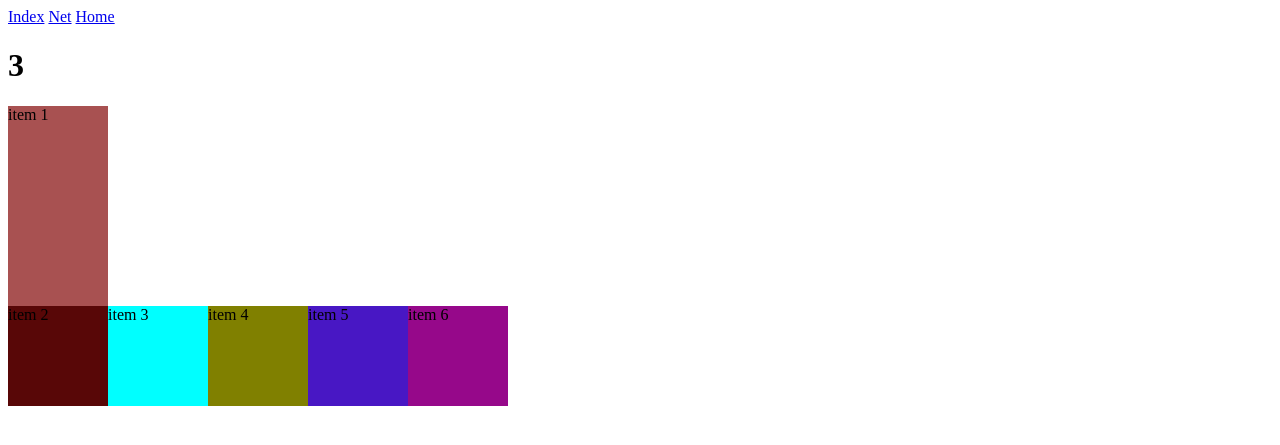
Repository: Nguyen-Toan-2004/du-an-test
Page: product.htm
An editor plug-in stored every save of this project. The page is shown before and after the next save, followed by the edit.
The browser window is 1280 px wide. The pictures show the whole page.

Above is the page before, as saved 2025-10-22 19:52:12.

### product.htm
<!DOCTYPE html>
<html lang="en">
  <head>
    <meta charset="UTF-8" />
    <meta name="viewport" content="width=device-width, initial-scale=1.0" />
    <title>Product</title>
  </head>
  <body>
    <a href="index.html">Index</a>
    <a href="net.htm">Net</a>
    <a href="home.html">Home</a>
    <h1>3</h1>
    <style>
      .container {
        display: grid;
        grid-template-columns: repeat(5, 100px);
        grid-template-rows: repeat(3, 100px);
      }
      .box {
        background: #b46464;
        display: flex;
        justify-content: center;
        align-items: center;
      }
      .box1{
        background: #a85151;
        grid-row-start: 1;
        grid-row-end: 3;
      }
      .box2{
        background: #580707;
        grid-column-start:1 ;
        grid-column-end: 2;

      }
      .box3{
        background: aqua;
      }
      .box4{
        background: olive;
      }
      .box5{
        background: #4817c4;
      }
      .box6{
        background: #96088a;
      }
    </style>
    <div class="container">
      <div class="box1">item 1</div>
      <div class="box2">item 2</div>
      <div class="box3">item 3</div>
      <div class="box4">item 4</div>
      <div class="box5">item 5</div>
      <div class="box6">item 6</div>
    </div>
  </body>
</html>

After the next save:
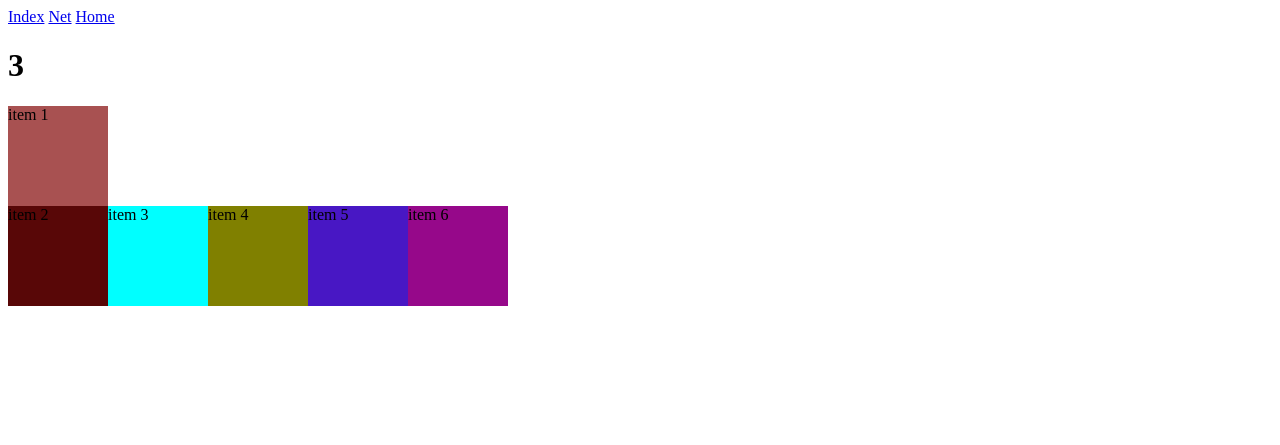
Saved 6 s later.
--- a/product.htm
+++ b/product.htm
@@ -25,7 +25,7 @@
       .box1{
         background: #a85151;
         grid-row-start: 1;
-        grid-row-end: 3;
+        grid-row-end: 2;
       }
       .box2{
         background: #580707;
